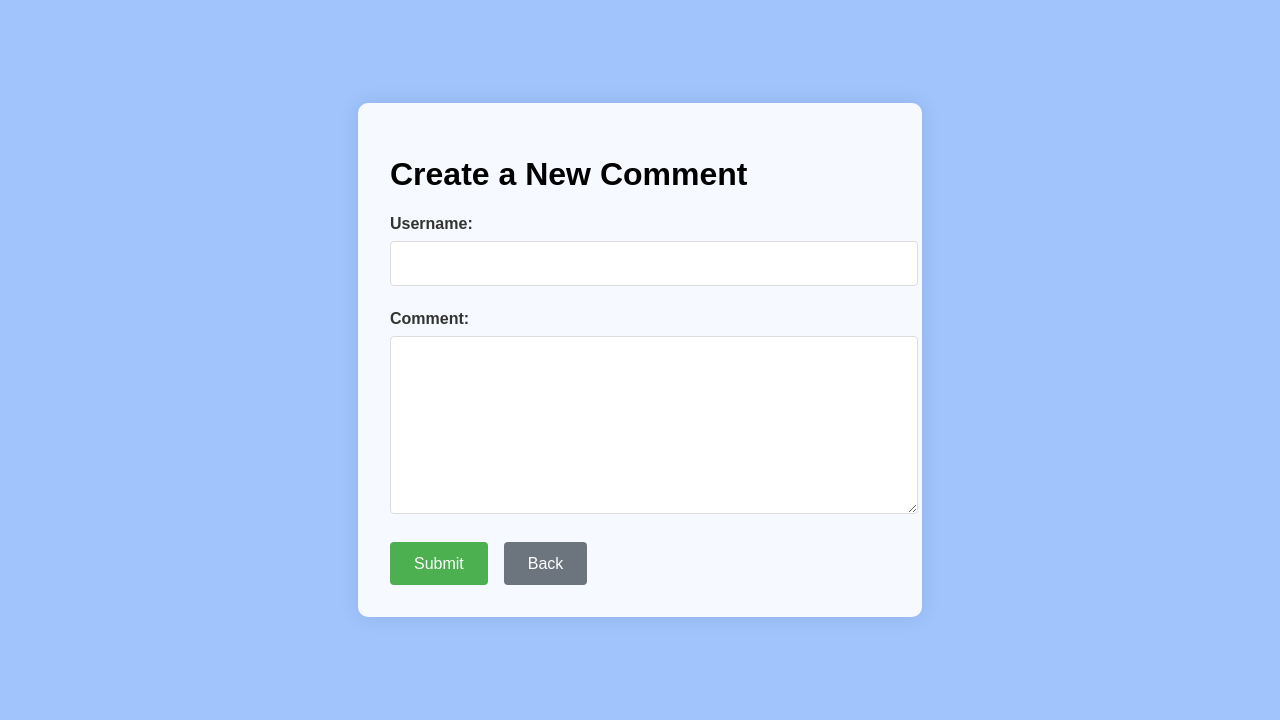
Repository: Reannn22/COMMENT-APP
Page: http://localhost/comments/create
The author's editor kept a copy of each file at every save. The page is drawn from the files as they stood at one save, then again after the next save.
The browser window is 1280 px wide. The pictures show the whole page.
The page is served by the project's Node server (rest/index.js).

Above is the page before, as saved 2025-02-10 03:37:13.

### rest/views/comments/create.ejs
<!DOCTYPE html>
<html lang="en">
<head>
    <meta charset="UTF-8">
    <meta name="viewport" content="width=device-width, initial-scale=1.0">
    <title>Create New Comment</title>
    <link rel="stylesheet" href="/css/style.css">
</head>
<body>
    <div class="form-container">
        <h1>Create a New Comment</h1>
        <form action="/comments" method="POST">
            <div class="form-group">
                <label for="username">Username:</label>
                <input type="text" id="username" name="username" required>
            </div>

            <div class="form-group">
                <label for="text">Comment:</label>
                <textarea id="text" name="text" required></textarea>
            </div>

            <div class="buttons">
                <button type="submit" class="btn btn-primary">Submit</button>
                <a href="/comments" class="btn btn-secondary">Back</a>
            </div>
        </form>
    </div>
</body>
</html>

### rest/index.js
const path = require('path')
const { v4: uuidv4 } = require('uuid');
const express = require('express')
const methodOverride = require('method-override')
const app = express()

app.use(express.json())
app.use(express.urlencoded({ extended: true }))
app.use(methodOverride('_method'))
app.use(express.static(path.join(__dirname, 'public')))
app.set('views', path.join(__dirname, 'views'))
app.set('view engine', 'ejs')

let comments = [
    {
        id: uuidv4(),
        username: 'Michael',
        text: `Sometimes I’ll start a sentence and I don’t even know where it’s going. I just hope I find it along the way`
    },
    {
        id: uuidv4(),
        username: 'Kelly',
        text: `I talk a lot, so I’ve learned to tune myself out`
    },
    {

        id: uuidv4(),
        username: 'Kevin',
        text: `I JUST WANT TO LIE ON THE BEACH AND EAT HOT DOGS.`
    },
    {

        id: uuidv4(),
        username: 'Dwight',
        text: `IDENTITY THEFT IS NOT A JOKE, JIM! MILLIONS OF FAMILIES SUFFER EVERY YEAR.`
    },
    {

        id: uuidv4(),
        username: 'Ryan',
        text: `I’M SUCH A PERFECTIONIST THAT I'D KINDA RATHER NOT DO IT AT ALL THAN DO A CRAPPY VERSION.`
    },
    {

        id: uuidv4(),
        username: 'Jim',
        text: `EVERYTHING I HAVE I OWE TO THIS JOB… THIS STUPID, WONDERFUL, BORING, AMAZING JOB.`
    },
];

app.get('/', (req, res) => {
    res.redirect('/comments/create')
})

app.get('/comments', (req, res) => {
    res.render('comments/index', { comments })
})

app.get('/comments/create', (req, res) => {
    res.render('comments/create')
})

app.post('/comments', (req, res) => {
    const {username, text} = req.body
    comments.push({username, text, id: uuidv4()})
    res.redirect('/comments')
})

app.get('/comments/:id', (req, res) => {
    const { id } = req.params
    const comment = comments.find(c => c.id === id)
    res.render('comments/show', { comment })
})

app.get('/comments/:id/edit', (req, res) => {
    const { id } = req.params
    const comment = comments.find(c => c.id === id)
    res.render('comments/edit', { comment })
})

app.patch('/comments/:id', (req, res) => {
    const { id } = req.params
    const newComment = req.body.text
    const foundComment = comments.find(c => c.id === id)
    foundComment.text = newComment
    console.log(newComment)
    console.log(foundComment)
    res.redirect('/comments')
});

app.delete('/comments/:id', (req, res) => {
    const { id } = req.params;
    comments = comments.filter(c => c.id !== id)
    res.redirect('/comments');
})

app.get('/order', (req, res) => {
    res.send('GET order response')
});

app.post('/order', (req, res) => {
    const {item, qty } = req.body
    res.send(`Item: ${item} - Qty: ${qty}`)
});

app.listen(8080, () => {
    console.log(`Server is running on: http://localhost:8080`)
})

### rest/public/css/style.css
body {
    font-family: 'Poppins', sans-serif;
    margin: 0;
    padding: 0;
    min-height: 100vh;
    display: flex;
    justify-content: center;
    align-items: center;
    animation: backgroundChange 20s ease infinite;
}

@keyframes backgroundChange {
    0% { background-color: #ff9a9e; }
    25% { background-color: #a1c4fd; }
    50% { background-color: #96e6a1; }
    75% { background-color: #fad0c4; }
    100% { background-color: #ff9a9e; }
}

.form-container {
    background: rgba(255, 255, 255, 0.9);
    padding: 2rem;
    border-radius: 10px;
    box-shadow: 0 0 20px rgba(0, 0, 0, 0.1);
    width: 100%;
    max-width: 500px;
}

.form-group {
    margin-bottom: 1.5rem;
}

label {
    display: block;
    margin-bottom: 0.5rem;
    font-weight: bold;
    color: #333;
}

input[type="text"],
textarea {
    width: 100%;
    padding: 0.8rem;
    border: 1px solid #ddd;
    border-radius: 4px;
    font-size: 1rem;
}

textarea {
    height: 150px;
    resize: vertical;
}

.btn {
    padding: 0.8rem 1.5rem;
    border: none;
    border-radius: 4px;
    cursor: pointer;
    font-size: 1rem;
    transition: all 0.3s ease;
}

.btn-primary {
    background-color: #4CAF50;
    color: white;
}

.btn-primary:hover {
    background-color: #45a049;
}

.btn-secondary {
    background-color: #6c757d;
    color: white;
    text-decoration: none;
    margin-left: 1rem;
}

.btn-secondary:hover {
    background-color: #5a6268;
}

.buttons {
    display: flex;
    justify-content: flex-start;
    align-items: center;
    margin-top: 1rem;
}

After the next save:
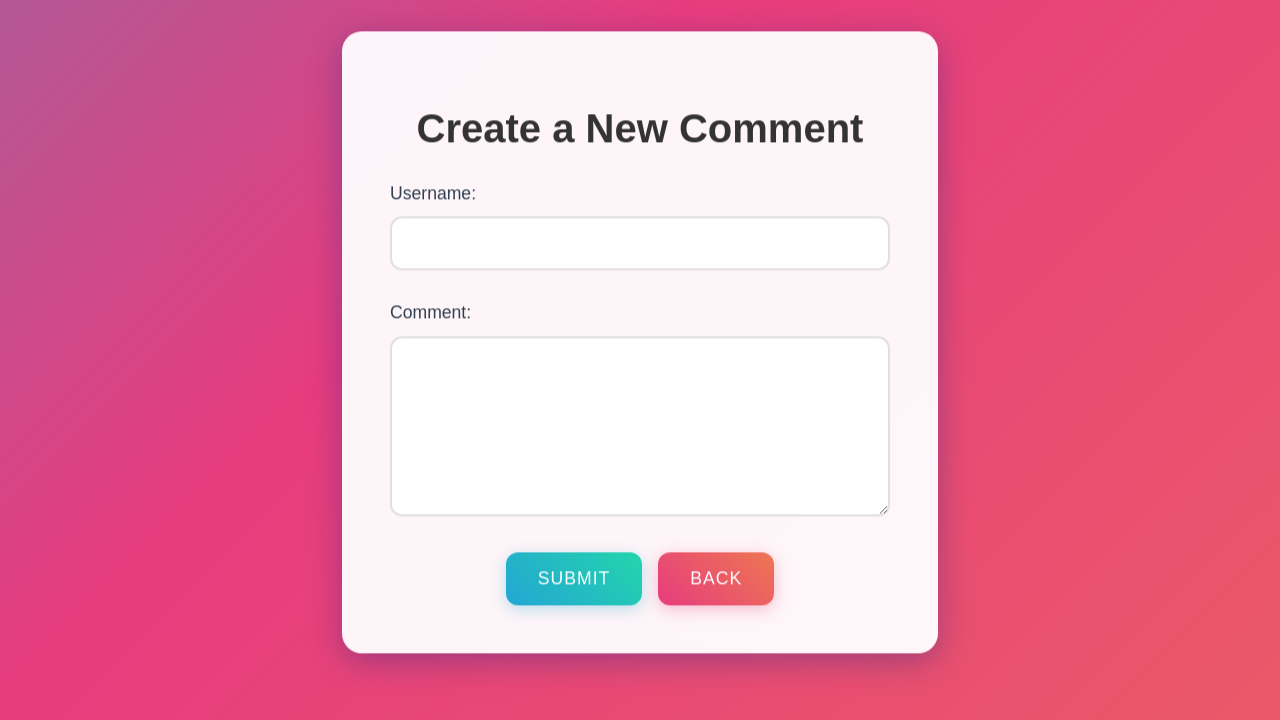
Saved 10 s later.
--- a/rest/public/css/style.css
+++ b/rest/public/css/style.css
@@ -6,83 +6,117 @@ body {
     display: flex;
     justify-content: center;
     align-items: center;
-    animation: backgroundChange 20s ease infinite;
+    background: linear-gradient(-45deg, #ee7752, #e73c7e, #23a6d5, #23d5ab);
+    background-size: 400% 400%;
+    animation: gradient 15s ease infinite;
 }
 
-@keyframes backgroundChange {
-    0% { background-color: #ff9a9e; }
-    25% { background-color: #a1c4fd; }
-    50% { background-color: #96e6a1; }
-    75% { background-color: #fad0c4; }
-    100% { background-color: #ff9a9e; }
+@keyframes gradient {
+    0% { background-position: 0% 50%; }
+    50% { background-position: 100% 50%; }
+    100% { background-position: 0% 50%; }
 }
 
 .form-container {
-    background: rgba(255, 255, 255, 0.9);
-    padding: 2rem;
-    border-radius: 10px;
-    box-shadow: 0 0 20px rgba(0, 0, 0, 0.1);
-    width: 100%;
+    background: rgba(255, 255, 255, 0.95);
+    padding: 3rem;
+    border-radius: 20px;
+    box-shadow: 0 8px 32px 0 rgba(31, 38, 135, 0.37);
+    backdrop-filter: blur(4px);
+    width: 90%;
     max-width: 500px;
+    transform: translateY(-20px);
+    animation: float 6s ease-in-out infinite;
+}
+
+@keyframes float {
+    0% { transform: translateY(-20px); }
+    50% { transform: translateY(-10px); }
+    100% { transform: translateY(-20px); }
+}
+
+h1 {
+    color: #333;
+    margin-bottom: 2rem;
+    text-align: center;
+    font-size: 2.5rem;
+    font-weight: 600;
 }
 
 .form-group {
-    margin-bottom: 1.5rem;
+    margin-bottom: 2rem;
 }
 
 label {
     display: block;
-    margin-bottom: 0.5rem;
-    font-weight: bold;
-    color: #333;
+    margin-bottom: 0.8rem;
+    font-weight: 500;
+    color: #2c3e50;
+    font-size: 1.1rem;
 }
 
 input[type="text"],
 textarea {
     width: 100%;
-    padding: 0.8rem;
-    border: 1px solid #ddd;
-    border-radius: 4px;
+    padding: 1rem;
+    border: 2px solid #e0e0e0;
+    border-radius: 12px;
     font-size: 1rem;
+    transition: all 0.3s ease;
+    box-sizing: border-box;
+    font-family: 'Poppins', sans-serif;
+}
+
+input[type="text"]:focus,
+textarea:focus {
+    outline: none;
+    border-color: #23a6d5;
+    box-shadow: 0 0 0 3px rgba(35, 166, 213, 0.1);
 }
 
 textarea {
-    height: 150px;
+    height: 180px;
     resize: vertical;
-}
-
-.btn {
-    padding: 0.8rem 1.5rem;
-    border: none;
-    border-radius: 4px;
-    cursor: pointer;
-    font-size: 1rem;
-    transition: all 0.3s ease;
-}
-
-.btn-primary {
-    background-color: #4CAF50;
-    color: white;
-}
-
-.btn-primary:hover {
-    background-color: #45a049;
-}
-
-.btn-secondary {
-    background-color: #6c757d;
-    color: white;
-    text-decoration: none;
-    margin-left: 1rem;
-}
-
-.btn-secondary:hover {
-    background-color: #5a6268;
 }
 
 .buttons {
     display: flex;
-    justify-content: flex-start;
-    align-items: center;
-    margin-top: 1rem;
+    gap: 1rem;
+    justify-content: center;
+    margin-top: 2rem;
 }
+
+.btn {
+    padding: 1rem 2rem;
+    border: none;
+    border-radius: 12px;
+    cursor: pointer;
+    font-size: 1.1rem;
+    font-weight: 500;
+    transition: all 0.3s ease;
+    text-transform: uppercase;
+    letter-spacing: 1px;
+}
+
+.btn-primary {
+    background: linear-gradient(45deg, #23a6d5, #23d5ab);
+    color: white;
+    box-shadow: 0 4px 15px rgba(35, 166, 213, 0.3);
+}
+
+.btn-primary:hover {
+    transform: translateY(-2px);
+    box-shadow: 0 6px 20px rgba(35, 166, 213, 0.4);
+}
+
+.btn-secondary {
+    background: linear-gradient(45deg, #e73c7e, #ee7752);
+    color: white;
+    text-decoration: none;
+    box-shadow: 0 4px 15px rgba(231, 60, 126, 0.3);
+}
+
+.btn-secondary:hover {
+    transform: translateY(-2px);
+    box-shadow: 0 6px 20px rgba(231, 60, 126, 0.4);
+}
